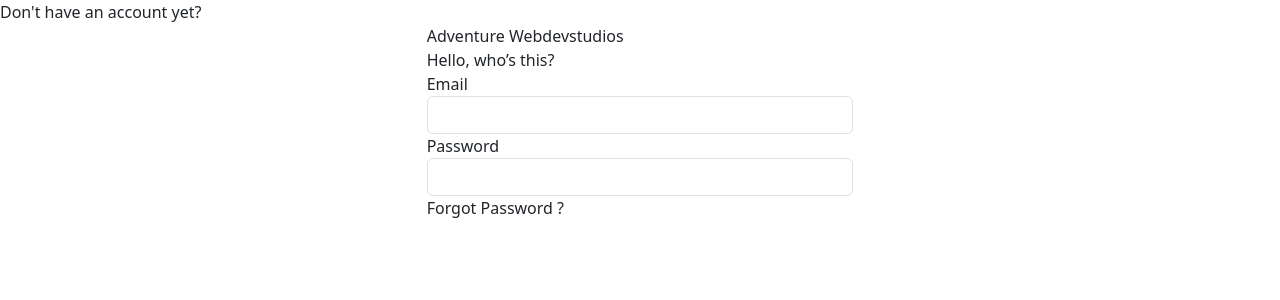
Repository: nnbxxx/React-Untimate
Page: /login
These files come from the project's save history. The page is drawn as it stood at one moment and after the next save; the edit follows.
The browser window is 1280 px wide. The pictures show the whole page.
The project was rebuilt for these pictures with package versions that can differ from the ones it lists, and the page was loaded fresh each time. Also part of the build but not shown: src/components/Header/header.js, src/App.js, src/components/User/User.js, src/components/Admin/SideBar.scss, src/components/Admin/SideBar.js, src/components/Admin/Admin.scss, src/components/Admin/Admin.js, src/components/Home/HomePage.js and 12 more. Imported but missing from the stored project, and not drawn on this page: src/assets/video-homepage.webm.

Above is the page before, as saved 2023-04-12 20:33:05.

### src/index.js
import React from "react";
import ReactDOM from "react-dom/client";
import App from "./App";
import reportWebVitals from "./reportWebVitals";
import { Provider } from "react-redux";
import store from "./redux/store";
import "bootstrap/dist/css/bootstrap.min.css";
import User from "./components/User/User";
import Admin from "./components/Admin/Admin";
import HomePage from "./components/Home/HomePage";
import ManageUser from "./components/Admin/Content/ManageUser";
import DashBoard from "./components/Admin/Content/DashBoard";
import {
  createBrowserRouter,
  RouterProvider,
  BrowserRouter,
  Route,
  Routes,
} from "react-router-dom";
import Login from "./components/Auth/Login";

const root = ReactDOM.createRoot(document.getElementById("root"));
root.render(
  <Provider store={store}>
    {/* <React.StrictMode> */}
    <BrowserRouter>
      <Routes>
        <Route path='/' element={<App />}>
          <Route index element={<HomePage />} />
          <Route path='users' element={<User />} />
        </Route>
        <Route path='/admins' element={<Admin />}>
          <Route index element={<DashBoard />} />
          <Route path='manage-users' element={<ManageUser />} />
        </Route>
        <Route path='/login' element={<Login />} />
      </Routes>
    </BrowserRouter>

    {/* </React.StrictMode> */}
  </Provider>
);

// If you want to start measuring performance in your app, pass a function
// to log results (for example: reportWebVitals(console.log))
// or send to an analytics endpoint. Learn more: https://bit.ly/CRA-vitals
reportWebVitals();

### src/components/Auth/Login.js
import "./Login.scss";
const Login = () => {
  return (
    <div className='login-container'>
      <div className='header mx-auto'>Don't have an account yet?</div>
      <div className='title col-4 mx-auto'>Adventure Webdevstudios</div>
      <div className='welcome col-4 mx-auto'>Hello, who’s this?</div>
      <div className='content-form col-4 mx-auto'>
        <div className='form-group'>
          <label>Email</label>
          <input type='email' className='form-control' />
        </div>
        <div className='form-group'>
          <label>Password</label>
          <input type='password' className='form-control' />
        </div>
        <span>Forgot Password ?</span>
      </div>
    </div>
  );
};
export default Login;

### src/App.scss
body {
  padding: 0;
  margin: 0;
  font-family: -apple-system, BlinkMacSystemFont, "Segoe UI", "Roboto", "Oxygen",
    "Ubuntu", "Cantarell", "Fira Sans", "Droid Sans", "Helvetica Neue",
    sans-serif;
  -webkit-font-smoothing: antialiased;
  -moz-osx-font-smoothing: grayscale;
}
.app-container {
  .header-container {
    .btn-login {
      border-radius: 4px;
      color: #262627;
      justify-content: center;
      line-height: 24px;
      margin: 0px 16px 0px 0px;
      padding: 8px 16px;
      text-align: center;
      border: 1px solid black;
    }
    .btn-signup {
      border-radius: 4px;
      color: #fff;
      background-color: #262627;
      justify-content: center;
      line-height: 24px;
      margin: 0px 16px 0px 0px;
      padding: 8px 16px;
      text-align: center;
      border: 1px solid black;

      &:hover {
        // opacity: 0.9;
        background-color: black;
      }
    }
    .navbar {
      z-index: 10;
      padding-top: 25px;
      background-color: rgba(0, 0, 0, 0) !important;
      .nav-link {
        &.active {
          color: #00bfff;
        }
      }
    }
  }
  .homepage-content {
    margin-top: 40px;
    padding: 0 100px;
    position: relative;
    width: 50%;
    display: flex;
    justify-content: center;
    flex-direction: column;
    gap: 20px;
    .title-1 {
      color: #262627;
      font-size: 60px;
      font-weight: 300;
      line-height: 76.8px;
      margin: 0px 0px 24px;
    }
    .title-2 {
      color: #262627;
      font-size: 20px;
      font-weight: 300;
      line-height: 31.2px;
      margin: 0px 0px 40px;
    }
    .btn-3 {
      background-color: #262627;
      border-radius: 4px;
      color: #fcfaf8;
      display: inline-block;
      justify-content: center;
      line-height: 24px;
      padding: 10px 20px;
      text-align: center;
      width: 200px;
      border: none;

      &:hover {
        // opacity: 0.9;
        background-color: black;
      }
    }
  }
}
video {
  position: fixed;
  bottom: 0;
  width: 100vw;
}
@media (min-width: 1450px) {
  .container,
  .container-lg,
  .container-md,
  .container-sm,
  .container-xl,
  .container-xxl {
    max-width: 1400px !important;
  }
}

Loaded but not shown: public/index.html (common file); src/reportWebVitals.js (common file); src/redux/store.js (common file); src/redux/reducer/rootReducer.js (common file); src/redux/reducer/counterReducer.js (common file); src/redux/action/counterAction.js (common file)

After the next save:
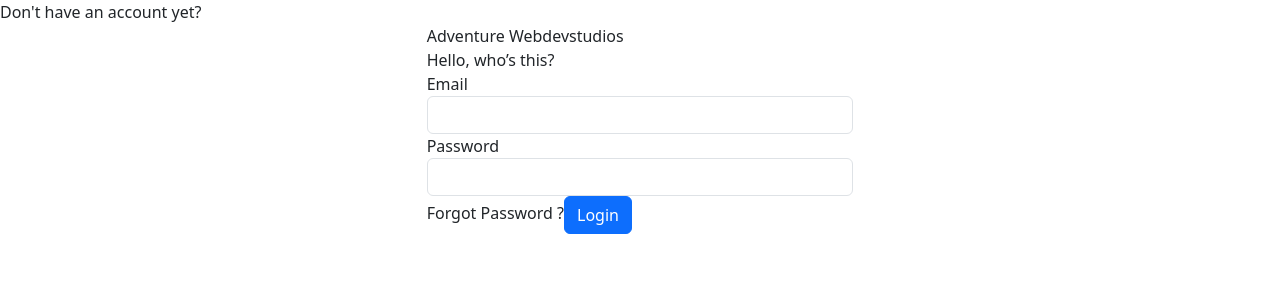
Saved 20 s later.
--- a/src/components/Auth/Login.js
+++ b/src/components/Auth/Login.js
@@ -1,3 +1,4 @@
+import { Button } from "react-bootstrap";
 import "./Login.scss";
 const Login = () => {
   return (
@@ -15,6 +16,7 @@ const Login = () => {
           <input type='password' className='form-control' />
         </div>
         <span>Forgot Password ?</span>
+        <Button>Login</Button>
       </div>
     </div>
   );
